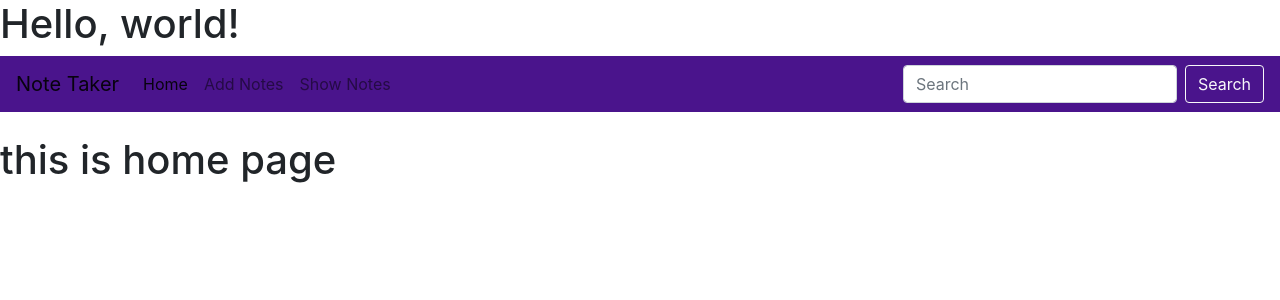
Repository: nayanchy123456/TODO-Project
Page: http://localhost/NoteTaker/
The author's editor kept a copy of each file at every save. The page is drawn from the files as they stood at one save, then again after the next save.
The browser window is 1280 px wide. The pictures show the whole page.
Some web libraries are served in a nearby version. The page is served by Tomcat 10. Other server files are loaded and not shown.

Above is the page before, as saved 2024-09-03 10:47:41.

### TODO webApplication/NoteTaker/src/main/webapp/index.jsp
<!doctype html>
<html lang="en">
  <head>
    <!-- Required meta tags -->
    <meta charset="utf-8">
    <meta name="viewport" content="width=device-width, initial-scale=1, shrink-to-fit=no">


    <title>Note Taker: Home page</title>
    <%@include file = "all_js_css.jsp" %>
  </head>
  <body>
    <h1>Hello, world!</h1>

    <div class = "container-fluid p-0 m-0">
    	<%@include file = "navbar.jsp" %>
    </div>

    <br>
    	<h1>this is  home page</h1>




  </body>
</html>

### TODO webApplication/NoteTaker/src/main/webapp/all_js_css.jsp
<!-- Bootstrap CSS -->
    <link rel="stylesheet" href="https://cdn.jsdelivr.net/npm/bootstrap@4.0.0/dist/css/bootstrap.min.css" integrity="sha384-Gn5384xqQ1aoWXA+058RXPxPg6fy4IWvTNh0E263XmFcJlSAwiGgFAW/dAiS6JXm" crossorigin="anonymous">

	<link href="css/style.css" rel="stylesheet">



    <!-- Optional JavaScript -->
    <!-- jQuery first, then Popper.js, then Bootstrap JS -->
    <script src="https://code.jquery.com/jquery-3.2.1.slim.min.js" integrity="sha384-KJ3o2DKtIkvYIK3UENzmM7KCkRr/rE9/Qpg6aAZGJwFDMVNA/GpGFF93hXpG5KkN" crossorigin="anonymous"></script>
    <script src="https://cdn.jsdelivr.net/npm/popper.js@1.12.9/dist/umd/popper.min.js" integrity="sha384-ApNbgh9B+Y1QKtv3Rn7W3mgPxhU9K/ScQsAP7hUibX39j7fakFPskvXusvfa0b4Q" crossorigin="anonymous"></script>
    <script src="https://cdn.jsdelivr.net/npm/bootstrap@4.0.0/dist/js/bootstrap.min.js" integrity="sha384-JZR6Spejh4U02d8jOt6vLEHfe/JQGiRRSQQxSfFWpi1MquVdAyjUar5+76PVCmYl" crossorigin="anonymous"></script>

### TODO webApplication/NoteTaker/src/main/webapp/navbar.jsp
<nav class="navbar navbar-expand-lg navbar-light purple">
  <a class="navbar-brand" href="index.jsp">Note Taker</a>
  <button class="navbar-toggler" type="button" data-toggle="collapse" data-target="#navbarSupportedContent" aria-controls="navbarSupportedContent" aria-expanded="false" aria-label="Toggle navigation">
    <span class="navbar-toggler-icon"></span>
  </button>

  <div class="collapse navbar-collapse" id="navbarSupportedContent">
    <ul class="navbar-nav mr-auto">
      <li class="nav-item active">
        <a class="nav-link" href="index.jsp">Home <span class="sr-only">(current)</span></a>
      </li>
      <li class="nav-item">
        <a class="nav-link" href="add_notes.jsp">Add Notes</a>
      </li>

      <li class="nav-item">
        <a class="nav-link " href="#">Show Notes</a>
      </li>
    </ul>
    <form class="form-inline my-2 my-lg-0">
      <input class="form-control mr-sm-2" type="search" placeholder="Search" aria-label="Search">
      <button class="btn btn-outline-light my-2 my-sm-0" type="submit">Search</button>
    </form>
  </div>
</nav>

### TODO webApplication/NoteTaker/src/main/webapp/css/style.css
.purple{

	background: #4A148C;
}

After the next save:
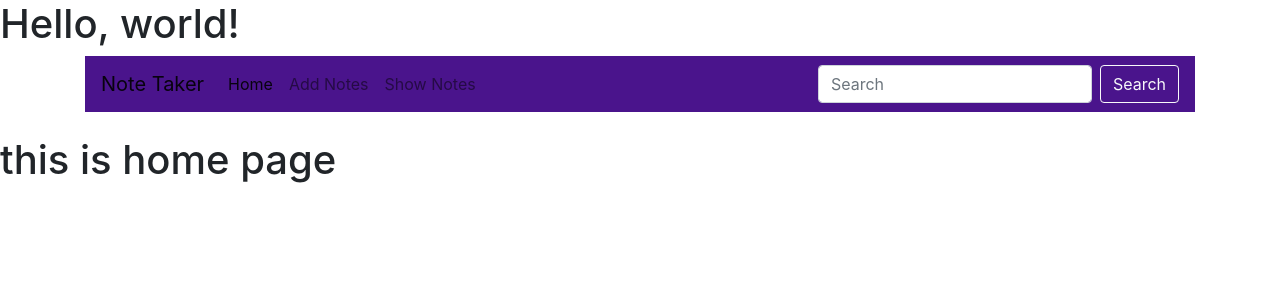
Saved 57 s later.
--- a/TODO webApplication/NoteTaker/src/main/webapp/index.jsp
+++ b/TODO webApplication/NoteTaker/src/main/webapp/index.jsp
@@ -12,7 +12,7 @@
   <body>
     <h1>Hello, world!</h1>
 
-    <div class = "container-fluid p-0 m-0">
+    <div class = "container">
     	<%@include file = "navbar.jsp" %>
     </div>
 
